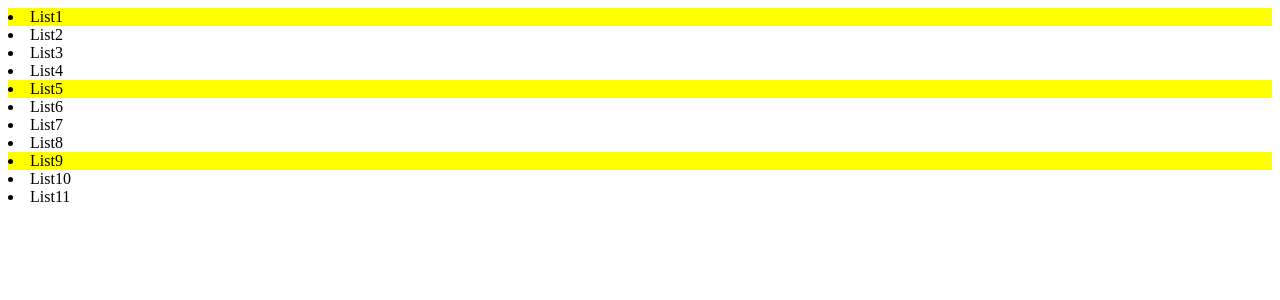
Repository: lixinso/html5
Page: workspace/CSS3/WebContent/selector/selector_brother.html
The author's editor kept a copy of each file at every save. The page is drawn from the files as they stood at one save, then again after the next save.
The browser window is 1280 px wide. The pictures show the whole page.

Above is the page before, as saved 2011-05-27 14:59:07.

After the next save:
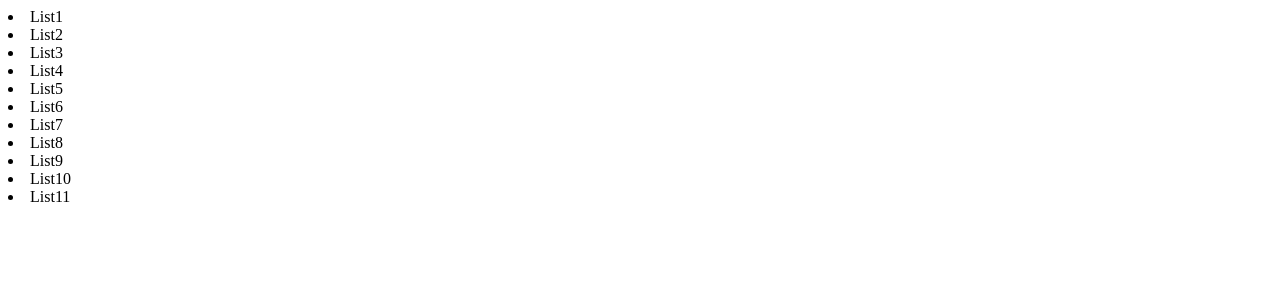
Saved 20 s later.
--- a/workspace/CSS3/WebContent/selector/selector_brother.html
+++ b/workspace/CSS3/WebContent/selector/selector_brother.html
@@ -6,7 +6,7 @@
 <title>Insert title here</title>
 <style type="text/css">
 
-	li:nth-child(4n+1){
+	li:only-child{
 		background-color: yellow;
 	}
 
